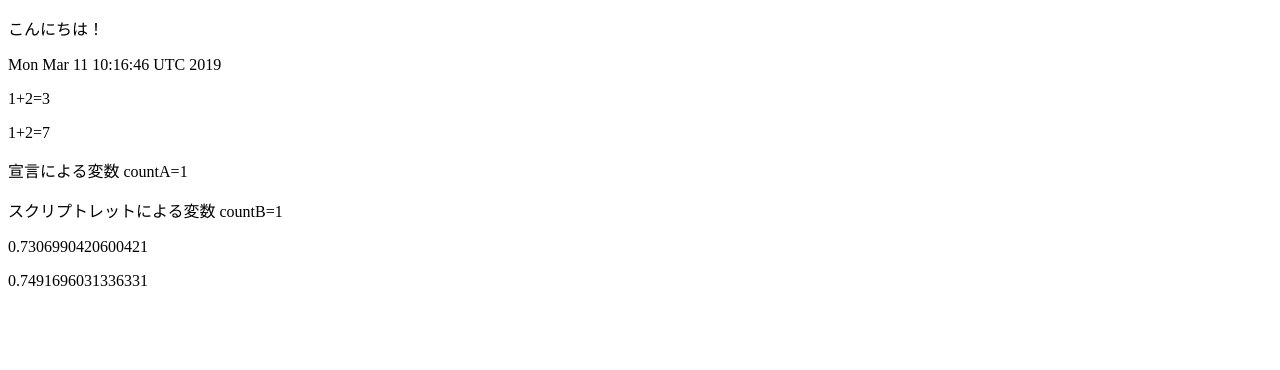
Repository: izumiisme/test
Page: http://localhost/HelloJSP/
These files come from the project's save history. The page is drawn as it stood at one moment and after the next save; the edit follows.
The browser window is 1280 px wide. The pictures show the whole page.
The page is served by Tomcat 9.

Above is the page before, as saved 2019-03-11 11:07:32.

### HelloJSP/WebContent/index.jsp
<%@ page language="java" contentType="text/html; charset=UTF-8"
    pageEncoding="UTF-8"%>
<!DOCTYPE html>
<html>
<head>
<meta charset="UTF-8">
<title>TEST</title>
</head>
<body>
<p>こんにちは！<p/>
<% out.println(new java.util.Date()); %>

<%!
static int add(int a, int b){
	return a+b;
}
	%>

<p>1+2=<%=add(1,2) %></p>
<p>1+2=<%=add(3,4) %></p>



<%! static int countA=0; %>

<%
int countB=0;
countA++;
countB++;

%>

<p>宣言による変数 countA=<%=countA %></p>
<p>スクリプトレットによる変数 countB=<%=countB %></p>



<p><% out.println(Math.random()); %></p>
<p><%=Math.random() %></p>

</body>
</html>

After the next save:
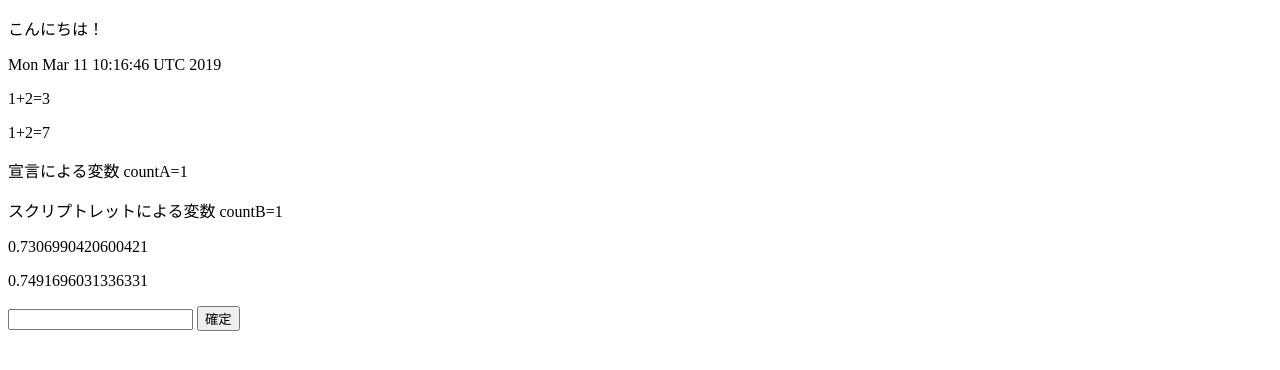
Saved 3 min 4 s later.
--- a/HelloJSP/WebContent/index.jsp
+++ b/HelloJSP/WebContent/index.jsp
@@ -38,5 +38,11 @@
 <p><% out.println(Math.random()); %></p>
 <p><%=Math.random() %></p>
 
+
+
+<form method="post" action="greeting-out.jsp">
+<input type="test" name="user">
+<input type="submit" value="確定">
+</form>
 </body>
 </html>
